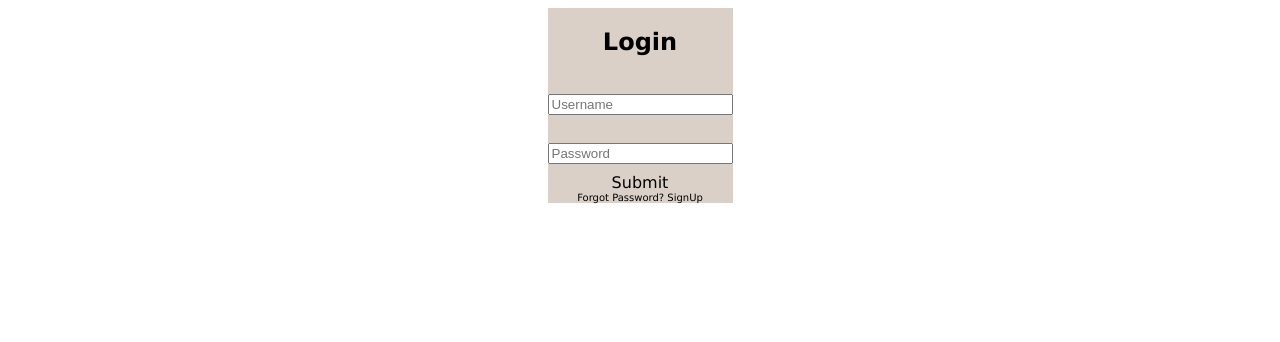
Repository: busra-kayaa/LoginPage
Page: login.html
These files come from the project's save history. The page is drawn as it stood at one moment and after the next save; the edit follows.
The browser window is 1280 px wide. The pictures show the whole page.

Above is the page before, as saved 2023-12-19 21:55:07.

### login.html
<!DOCTYPE html>
<html>
    <head>
        <title>Login Page</title>
        <link rel="stylesheet" href="./style.css" type="text/css"/>
    </head>
    <body>
        <div class="login-from-container">
            <h2>Login</h2>
            <div class="input-group">
                <i class="fa fa-user"></i>
                <input
                    type="text"
                    placeholder="Username"
                    class="input-text"
                    autocomplete="off"
                />
            </div>
            <div class="input-group">
                <i class="fa fa-unclok-alt"></i>
                <input
                    type="password"
                    placeholder="Password"
                    class="input-text"
                    autocomplete="off"
                />
            </div>
            <div>
                <div class="button-group" id="login-button">
                    <a>Submit</a>
                </div>
                <div class="footer">
                    <a>Forgot Password?</a>
                    <a>SignUp</a>
                </div>
            </div>
        </div>
    </body>
</html>

### style.css
body {
    background-color:rgb(255, 255, 255);
    display: flex;
    flex-direction: row;
    align-items: center;
    font-family:'Lucida Sans';
}

.login-from-container {
    background-color: rgb(218, 208, 200);
    display: flex;
    flex-direction: column;
    align-items: center;
    margin: auto;
    padding: auto;
    text-align: center;
}
.input-group {
    margin-top: 10%;
    margin-bottom: 5%;
}
.button-group {
    align-items: center;
}
.footer {
    font-size: 10px;
}

After the next save:
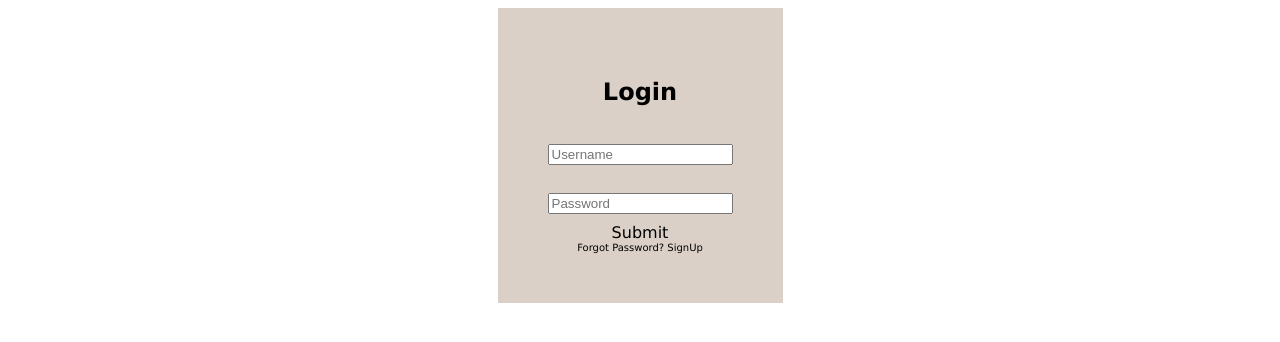
Saved 16 s later.
--- a/style.css
+++ b/style.css
@@ -11,9 +11,9 @@ body {
     display: flex;
     flex-direction: column;
     align-items: center;
+    text-align: center;
     margin: auto;
-    padding: auto;
-    text-align: center;
+    padding: 50px;
 }
 .input-group {
     margin-top: 10%;
